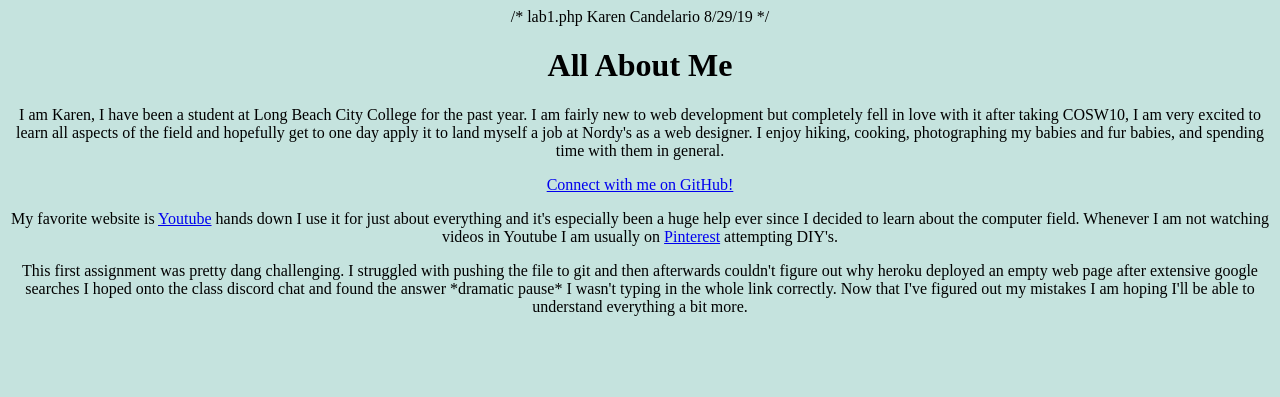
Repository: lilliebee/COSW30
Page: http://localhost/labwork/lab1.php
The author's editor kept a record of every edit. The page is drawn from the files as they stood at one moment, then again after the next edit.
The browser window is 1280 px wide. The pictures show the whole page.
The page is run by PHP 8.4 with error messages shown; the project is at /var/www/html/.

Above is the page before.

### labwork/lab1.php
<!DOCTYPE html>
<html>
    <head>
        <title>Labwork 1:Hello World</title>
        /* lab1.php
        Karen Candelario
        8/29/19 */

        <style type="text/css">
            body {
                background-color:#c5e3de;
                font: Arial;
                text-align:center;


            }
        </style>
    </head>
    <body>

        <h1>All About Me</h1>
        <p>I am Karen, I have been a student at Long Beach City College for the past year. I am fairly new to web development but completely fell in love with it after taking COSW10, I am very excited to learn all aspects of the field and hopefully get to one day apply it to land myself a job at Nordy's as a web designer. I enjoy hiking, cooking, photographing my babies and fur babies, and spending time with them in general.  </p>
        <a href="https://github.com/lilliebee">Connect with me on GitHub!</a>




<?php
print "<p>My favorite website is <a href=\"http://www.youtube.com\">Youtube</a> hands down I use it for just about everything and it's especially been a huge help ever since I decided to learn about the computer field. Whenever I am not watching videos in Youtube I am usually on <a href=\"http://www.pinterest.com\">Pinterest</a> attempting DIY's.</p>";
print "<p> This first assignment was pretty dang challenging. I struggled with pushing the file to git and then afterwards couldn't figure out why heroku deployed an empty web page after extensive google searches I hoped onto the class discord chat and found the answer *dramatic pause* I wasn't typing in the whole link correctly. Now that I've figured out my mistakes I am hoping I'll be able to understand everything a bit more."
?>







    </body>
</html>

After the next edit:
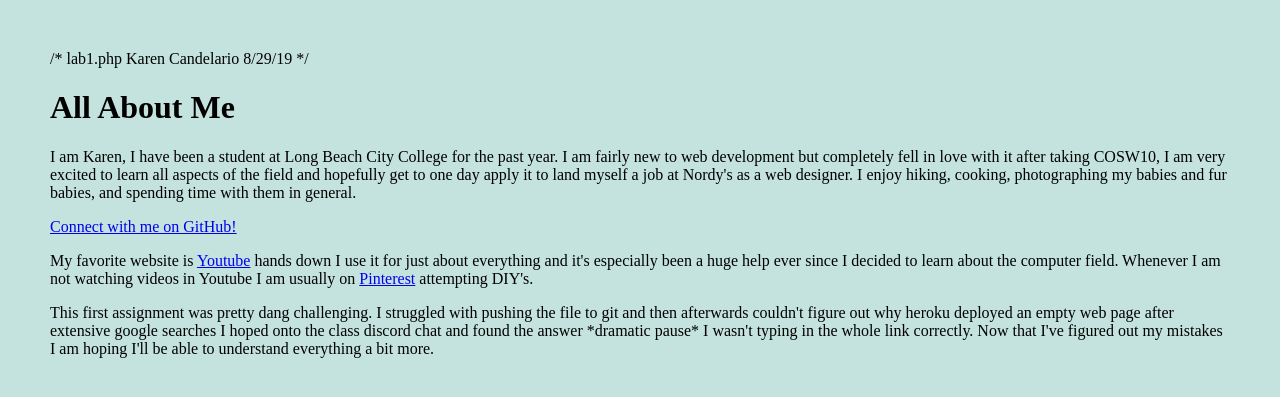
The edit:
--- a/labwork/lab1.php
+++ b/labwork/lab1.php
@@ -10,8 +10,7 @@
             body {
                 background-color:#c5e3de;
                 font: Arial;
-                text-align:center;
-
+                margin:50px;
 
             }
         </style>
